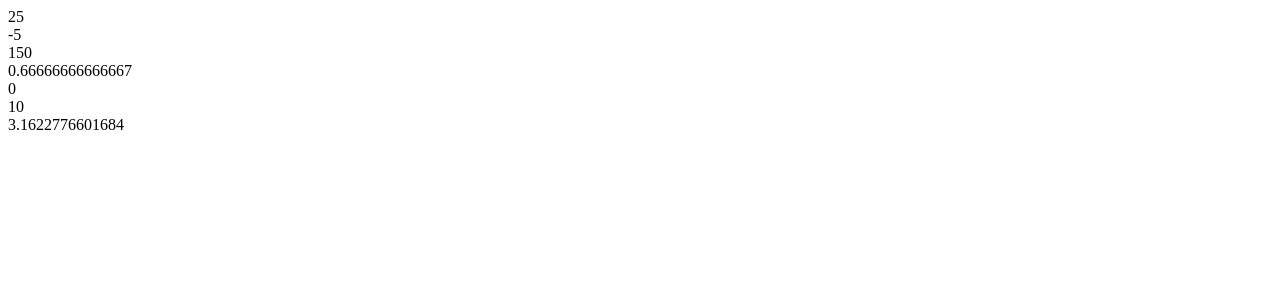
Repository: motiejus1/02-paskaita-PHP-05.31
Page: http://localhost/
These files come from the project's save history. The page is drawn as it stood at one moment and after the next save; the edit follows.
The browser window is 1280 px wide. The pictures show the whole page.
The page is run by PHP 8.4 with error messages shown; the project is at /var/www/html/.

Above is the page before, as saved 2021-07-23 18:22:09.

### index.php
<!DOCTYPE html>
<html lang="en">
<head>
    <meta charset="UTF-8">
    <meta http-equiv="X-UA-Compatible" content="IE=edge">
    <meta name="viewport" content="width=device-width, initial-scale=1.0">
    <title>02-paskaita</title>
</head>
<body>
    <?php
    //Operatoriai ir matematiniai veiksmai
    $sk1 = 10;
    $sk2 = 15;

    //Suma
    $suma = $sk1 + $sk2;
    echo $suma;

    //Atimtis
    $atimtis = $sk1 - $sk2;
    echo "<br>";
    echo $atimtis;

    //Daugyba
    $daugyba = $sk1 * $sk2;
    echo "<br>";
    echo $daugyba;

    //Dvi dalybas: paprasta dalyba ir liekana
    $dalyba = $sk1 / $sk2; // 10/15 = 0.666666666
    echo "<br>";
    echo $dalyba;
    // grazintu tiktai sveikaja dali
    $dalybosSveikojiDalis = intval($dalyba); // 10/15 = 0
    echo "<br>";
    echo $dalybosSveikojiDalis;

    //Liekana
    $liekana = $sk1 % $sk2; // 10 % 15 = 10
    echo "<br>";
    echo $liekana;

    //kvadratine saknis
    $saknis = sqrt($sk1);// 10 //Math.sqrt
    echo "<br>";
    echo $saknis;
    //kelimas laipsniu

    ?>
</body>
</html>

After the next save:
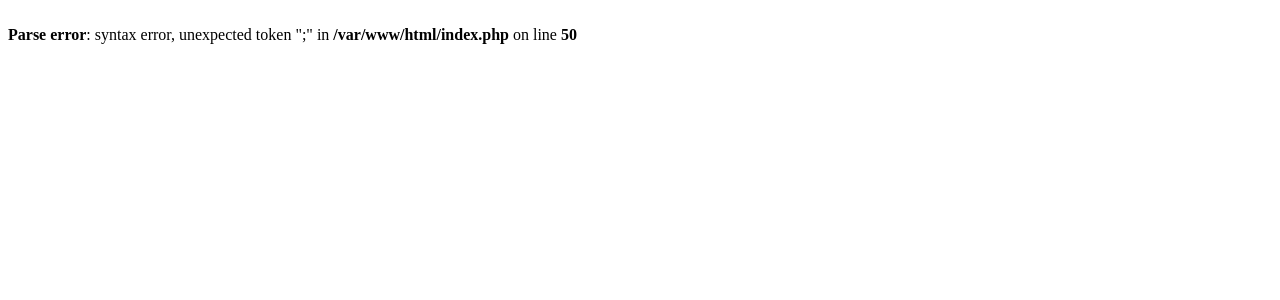
Saved 19 s later.
--- a/index.php
+++ b/index.php
@@ -45,6 +45,7 @@
     echo "<br>";
     echo $saknis;
     //kelimas laipsniu
+    $laipsnis =
 
     ?>
 </body>

After the 2 saves that followed:
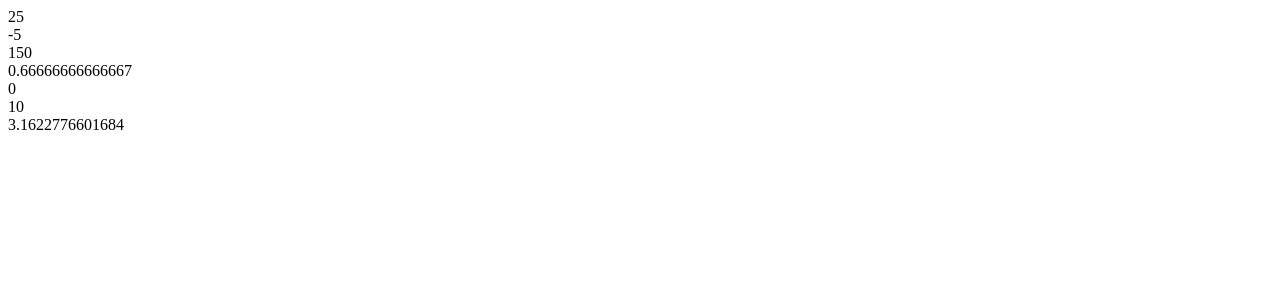
The 2 saves are shown as one change because they came seconds apart.
The last was saved 9 s later.
--- a/index.php
+++ b/index.php
@@ -45,7 +45,7 @@
     echo "<br>";
     echo $saknis;
     //kelimas laipsniu
-    $laipsnis =
+    $laipsnis = $sk1
 
     ?>
 </body>
